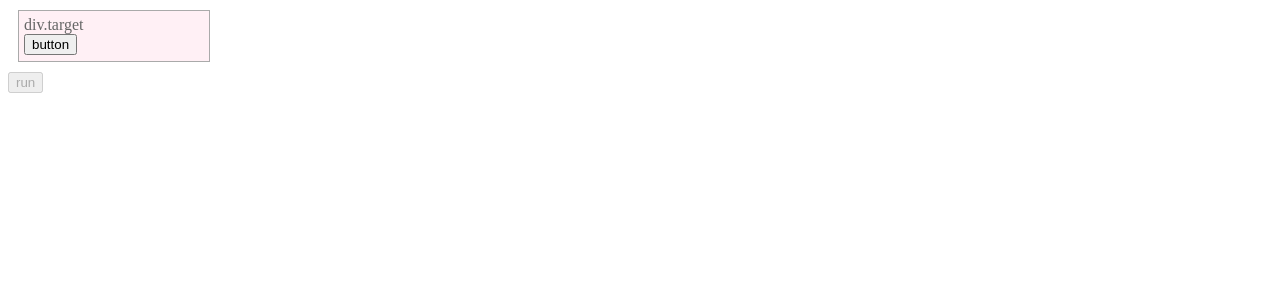
Repository: silenttemplar/java_start_project
Page: hansung_ee_2014/hansung_jquery_exercise/WebContent/Disable_Button.html
The author's editor kept a copy of each file at every save. The page is drawn from the files as they stood at one save, then again after the next save.
The browser window is 1280 px wide. The pictures show the whole page.
After loading, the first visible `input` was clicked once.

Above is the page before, as saved 2014-08-27 06:15:11.

After the next save:
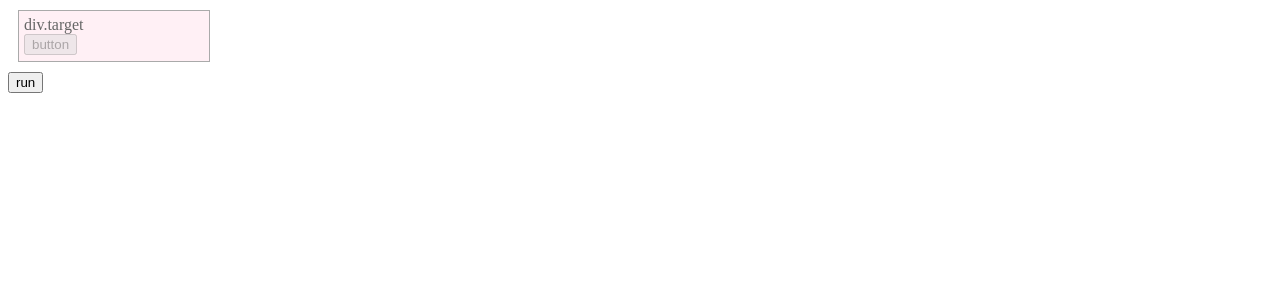
Saved 16 s later.
--- a/hansung_ee_2014/hansung_jquery_exercise/WebContent/Disable_Button.html
+++ b/hansung_ee_2014/hansung_jquery_exercise/WebContent/Disable_Button.html
@@ -11,7 +11,7 @@
 	 * 함수 : eq(), css()
 	 */
 	function run() {
-		$("input:button").attr("disabled","disabled");
+		$("div > button").attr("disabled","disabled");
 	}
 </script>
 </head>
